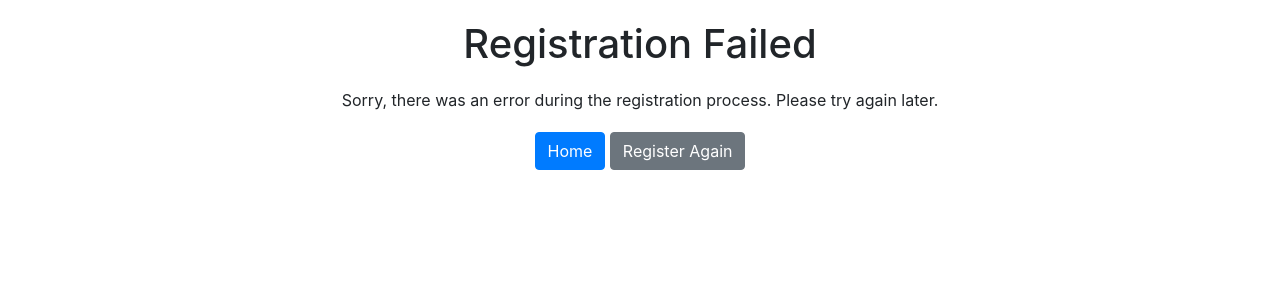
Repository: omi4535/Decentralized_Blood_Bank_System
Page: http://localhost/blood_bank_system/fail.jsp
The author's editor kept a copy of each file at every save. The page is drawn from the files as they stood at one save, then again after the next save.
The browser window is 1280 px wide. The pictures show the whole page.
The page is served by Tomcat 9. Other server files are loaded and not shown.

Above is the page before, as saved 2023-07-04 18:12:19.
Console error (its wording comes from the project's code and is left out).

### blood bank system/src/main/webapp/fail.jsp
<%@ page language="java" contentType="text/html; charset=UTF-8"
    pageEncoding="UTF-8"%>
<!DOCTYPE html>
<html lang="en">

<head>
    <meta charset="UTF-8">
    <meta name="viewport" content="width=device-width, initial-scale=1.0">
    <title>Registration Failed</title>
    <!-- Link Bootstrap CSS -->
    <link rel="stylesheet" href="https://stackpath.bootstrapcdn.com/bootstrap/4.5.2/css/bootstrap.min.css">
    <style>
        body {
            padding: 20px;
        }

        h1 {
            margin-bottom: 20px;
        }

        .btn-container {
            margin-top: 20px;
        }
    </style>
</head>

<body>
    <div class="container">
        <h1 class="text-center">Registration Failed</h1>
        <p class="text-center">Sorry, there was an error during the registration process. Please try again later.</p>

        <!-- Buttons to redirect to Home and Registration pages -->
        <div class="text-center btn-container">
            <a href="index.jsp" class="btn btn-primary">Home</a>
            <a href="login.jsp" class="btn btn-secondary">Register Again</a>
        </div>
    </div>

    <!-- Link Bootstrap JS (optional) -->
    <script src="https://stackpath.bootstrapcdn.com/bootstrap/4.5.2/js/bootstrap.min.js"></script>
</body>

</html>

</body>
</html>

After the next save:
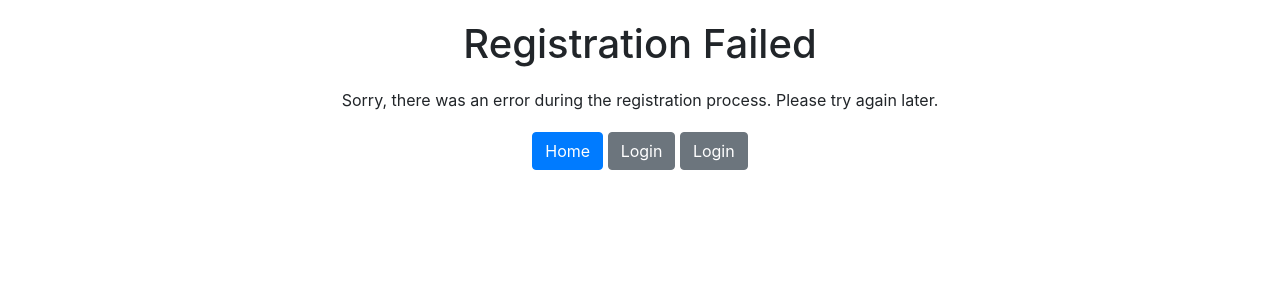
Saved 65 s later.
--- a/blood bank system/src/main/webapp/fail.jsp
+++ b/blood bank system/src/main/webapp/fail.jsp
@@ -32,7 +32,8 @@
         <!-- Buttons to redirect to Home and Registration pages -->
         <div class="text-center btn-container">
             <a href="index.jsp" class="btn btn-primary">Home</a>
-            <a href="login.jsp" class="btn btn-secondary">Register Again</a>
+            <a href="login.jsp" class="btn btn-secondary">Login </a>
+            <a href="create_admistration.jsp" class="btn btn-secondary">Login </a>
         </div>
     </div>
 
